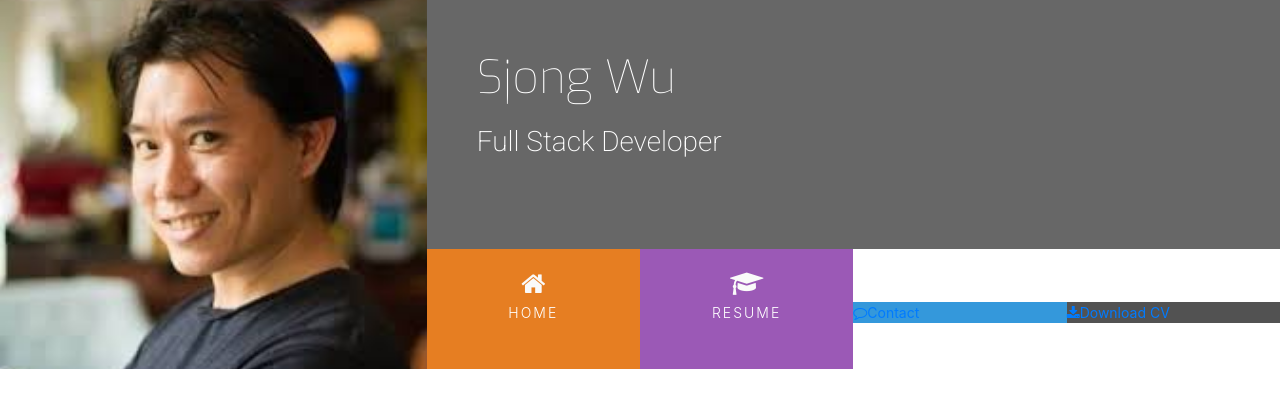
Repository: Scuzeme/codeinstitue-resume-project
Page: index.html
The author's editor kept a record of every edit. The page is drawn from the files as they stood at one moment, then again after the next edit.
The browser window is 1280 px wide. The pictures show the whole page.
Some web libraries are served in a nearby version.

Above is the page before.

After the next edit:
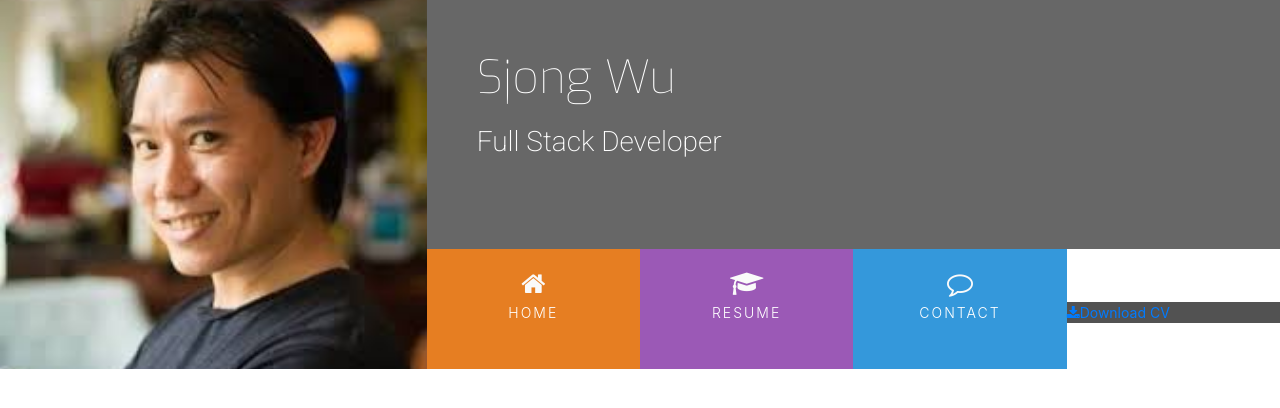
The edit:
--- a/index.html
+++ b/index.html
@@ -29,7 +29,7 @@
                             <li class="col-6 col-sm-3 ui-menu-color-resume list-inline-item menuitem">
                                 <a href="#"><i class="fa fa-graduation-cap" aria-hidden="true"></i><span>Resume</span></a>
                             </li>
-                            <li class="col-6 col-sm-3 ui-menu-color-contact list-inline-item">
+                            <li class="col-6 col-sm-3 ui-menu-color-contact list-inline-item menuitem">
                                 <a href="#"><i class="fa fa-comment-o" aria-hidden="true"></i><span>Contact</span></a>
                             </li>
                             <li class="col-6 col-sm-3 ui-menu-color-download list-inline-item">
